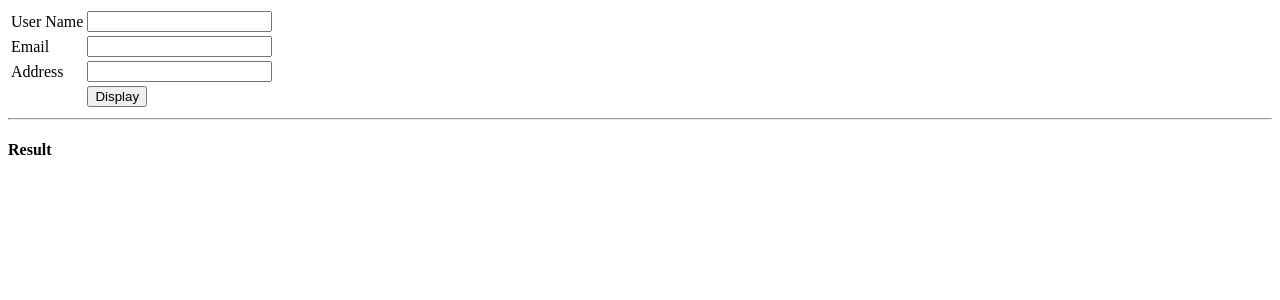
Repository: pyaephyotint22/Maven-Student-Course
Page: http://localhost/05-EL/
These files come from the project's save history. The page is drawn as it stood at one moment and after the next save; the edit follows.
The browser window is 1280 px wide. The pictures show the whole page.
The page is served by Tomcat 9.

Above is the page before, as saved 2020-12-19 13:35:17.

### 05-EL/src/main/webapp/index.jsp
<%@ page language="java" contentType="text/html; charset=ISO-8859-1"
    pageEncoding="ISO-8859-1"%>
<!DOCTYPE html>
<html>
<head>
<meta charset="ISO-8859-1">
<title>EL Demo</title>
</head>
<body>
<%
	 String name=request.getParameter("uname");
     String email=request.getParameter("email");
     String add=request.getParameter("address");
     if(name==null)
    	 name="";
     if(name==null)
    	 name="";
     if(name==null)
    	 name="";

%>
	<form action="">
		<table>
				<tr>
					<td>User Name</td>
					<td>
						<input type="text" name="uname"/>
					</td>
					</tr>

				<tr>
					<td>Email</td>
					<td>
						<input type="email" name="email"/>
					</td>
				</tr>
				<tr>
					<td>Address</td>
					<td>
						<input type="text" name="address"/>
					</td>
				</tr>
				<tr>
					<td></td>
					<td>
						<button type="submit">Display</button>
					</td>
				</tr>
		</table>
	</form>
	<hr />
	<h4>Result</h4>
	<%
	if(name!=null && email!=null && add!=null){
	  %>
	  Name:<%=name %><br />
	Email:<%=email %><br />
	Address:<%=add %><br />
	<%}
	%>


</body>
</html>

After the next save:
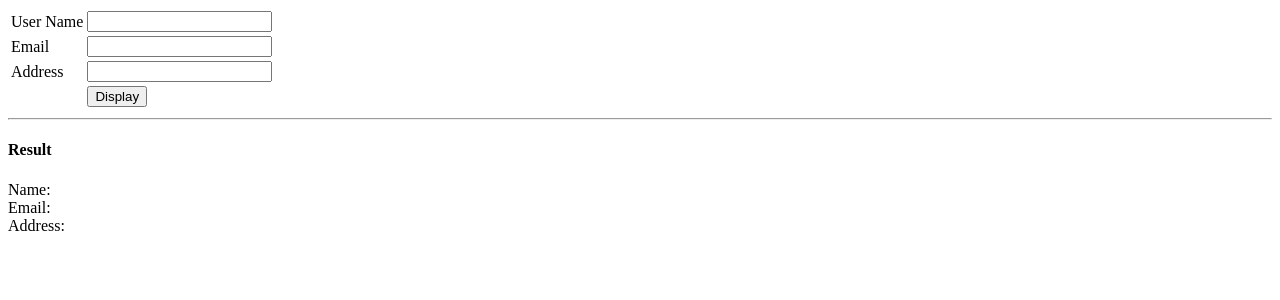
Saved 24 s later.
--- a/05-EL/src/main/webapp/index.jsp
+++ b/05-EL/src/main/webapp/index.jsp
@@ -13,10 +13,10 @@
      String add=request.getParameter("address");
      if(name==null)
     	 name="";
-     if(name==null)
-    	 name="";
-     if(name==null)
-    	 name="";
+     if(email==null)
+    	 email="";
+     if(add==null)
+    	 add="";
 
 %>
 	<form action="">
